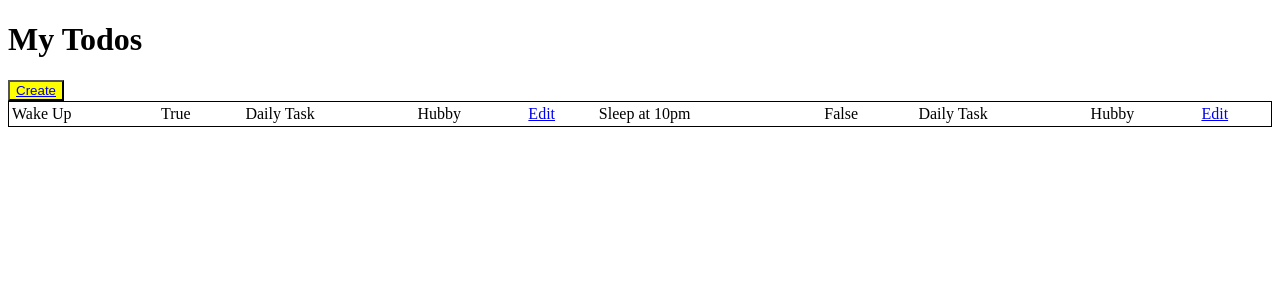
Repository: 99Ace/djangoLesson
Page: http://localhost/todos/
The author's editor kept a record of every edit. The page is drawn from the files as they stood at one moment, then again after the next edit.
The browser window is 1280 px wide. The pictures show the whole page.
The page is served by the project's application, run on Django 2.2 (manage.py). Other server files are loaded and not shown. The page reads the database file committed with the project.

Above is the page before.

### todos/views.py
from django.shortcuts import render, HttpResponse, redirect, get_object_or_404
from .models import Item
from .forms import ItemForm

# Create your views here.
def show_todos(request):
    results = Item.objects.all()
    return render(request, "todo.html", {
        'items':results
    })

# CREATE FUNCTION
def create_item(request):
  if request.method == "POST":
        form = ItemForm(request.POST, request.FILES)
        if form.is_valid():
            form.save()
            return redirect(show_todos)
  else:
     form = ItemForm()
     return render(request, "todo_form.html", {'form': form})

#create new function
def edit_item(request, id):
    item = get_object_or_404(Item, pk=id)

    if request.method == "POST":
        form = ItemForm(request.POST, instance=item)
        if form.is_valid():
            form.save()
            return redirect(show_todos)
    else:
        form = ItemForm(instance=item)
    return render(request, "todo_form.html", {'form': form})

### todos/templates/todo.html
<!DOCTYPE html>
<html lang="en">

<head>
    <meta charset="UTF-8">
    <meta name="viewport" content="width=device-width, initial-scale=1.0">
    <meta http-equiv="X-UA-Compatible" content="ie=edge">
    <title>Document</title>
</head>

<body>
    <h1> My Todos</h1>
    <button style="background-color:yellow"><a href="create">Create</a></button>
    <table style="border:black solid 1pt; width:100% ">
        <tr>
            {% for i in items %}
            <td> {{ i.name }} </td>
            <td> {{ i.done }} </td>
            <td> {{ i.tag }} </td>
            <td> {{ i.category }} </td>
            <td> {{ i.assign }} </td>
            <td><a href="edit/{{i.id}}">Edit</a></td>
            {%endfor%}
        </tr>
    </table>
</body>

</html>

### todos/models.py
from django.db import models

# Create your models here.
# declare a class named "Item"
class Item(models.Model):
    name = models.CharField(max_length=30, blank=False)
    done = models.BooleanField(blank=False, default=False)
    ongoing = models.BooleanField(blank=False, default=False)
    completed_at = models.DateField(blank=True, null=True, default=None)
    category = models.ForeignKey('Category', on_delete=models.CASCADE)
    tags = models.ManyToManyField('Tag')
    assign = models.ForeignKey('Arrow', on_delete=models.CASCADE)

    def __str__(self):
        return self.name

class Category(models.Model):
    name = models.CharField(max_length=255, blank=False)
    def __str__(self):
        return self.name

class Tag(models.Model):
    name = models.CharField(max_length=50, blank=False)
    def __str__(self):
        return self.name

class Arrow(models.Model):
    name = models.CharField(max_length=255, blank=False)
    def __str__(self):
        return self.name

### todo_project/urls.py
"""todo_project URL Configuration

The `urlpatterns` list routes URLs to views. For more information please see:
    https://docs.djangoproject.com/en/2.2/topics/http/urls/
Examples:
Function views
    1. Add an import:  from my_app import views
    2. Add a URL to urlpatterns:  path('', views.home, name='home')
Class-based views
    1. Add an import:  from other_app.views import Home
    2. Add a URL to urlpatterns:  path('', Home.as_view(), name='home')
Including another URLconf
    1. Import the include() function: from django.urls import include, path
    2. Add a URL to urlpatterns:  path('blog/', include('blog.urls'))
"""
from django.contrib import admin
from django.urls import path
from todos.views import show_todos, create_item, edit_item  #<-- add function name here


urlpatterns = [
    path('admin/', admin.site.urls),
    path('todos/',show_todos),
    path('todos/create', create_item),
    path('todos/edit/<id>', edit_item)
    # path('todos/delete'<--route , function name)
]

### db.sqlite3 (the tables this page reads, as SQL)
CREATE TABLE "todos_arrow" ("id" integer NOT NULL PRIMARY KEY AUTOINCREMENT, "name" varchar(255) NOT NULL);
INSERT INTO "todos_arrow" VALUES
(1, 'Wife'),
(2, 'Son'),
(3, 'Hubby'),
(4, 'Daughter');

CREATE TABLE "todos_category" ("id" integer NOT NULL PRIMARY KEY AUTOINCREMENT, "name" varchar(255) NOT NULL);
INSERT INTO "todos_category" VALUES
(1, 'Daily Task'),
(2, 'Achoc Task'),
(3, 'Random Task');

CREATE TABLE "todos_item" ("id" integer NOT NULL PRIMARY KEY AUTOINCREMENT, "name" varchar(30) NOT NULL, "done" bool NOT NULL, "completed_at" date NULL, "ongoing" bool NOT NULL, "category_id" integer NOT NULL REFERENCES "todos_category" ("id") DEFERRABLE INITIALLY DEFERRED, "assign_id" integer NOT NULL REFERENCES "todos_arrow" ("id") DEFERRABLE INITIALLY DEFERRED);
INSERT INTO "todos_item" VALUES
(1, 'Wake Up', 1, NULL, 0, 1, 3),
(2, 'Sleep at 10pm', 0, NULL, 0, 1, 3);

After the next edit:
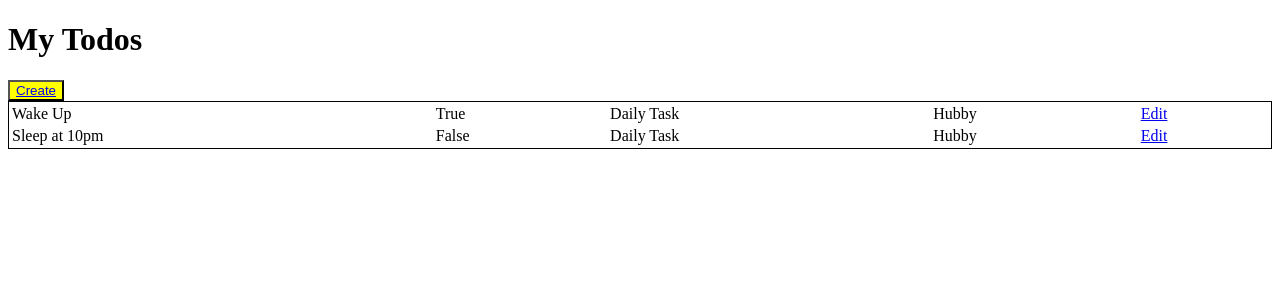
The edit:
--- a/todos/templates/todo.html
+++ b/todos/templates/todo.html
@@ -12,8 +12,8 @@
     <h1> My Todos</h1>
     <button style="background-color:yellow"><a href="create">Create</a></button>
     <table style="border:black solid 1pt; width:100% ">
+        {% for i in items %}
         <tr>
-            {% for i in items %}
             <td> {{ i.name }} </td>
             <td> {{ i.done }} </td>
             <td> {{ i.tag }} </td>
